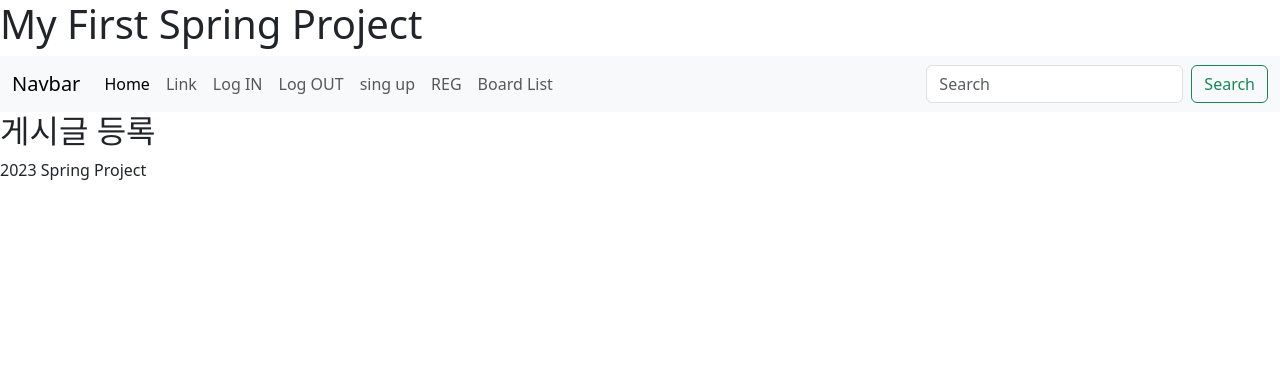
Repository: gatsby5959/_springTest
Page: http://localhost/spring-Test/WEB-INF/views/board/register.jsp
An editor plug-in stored every save of this project. The page is shown before and after the next save, followed by the edit.
The browser window is 1280 px wide. The pictures show the whole page.
The page is served by Tomcat 9. Nobody is signed in. Other server files are loaded and not shown. The template is opened directly, without the code that normally fills it, so the values that code supplies are empty.

Above is the page before, as saved 2023-10-05 07:27:11.

### spring-Test/src/main/webapp/WEB-INF/views/board/register.jsp
<%@ page language="java" contentType="text/html; charset=UTF-8" pageEncoding="UTF-8" %>
<%@ taglib uri="http://java.sun.com/jsp/jstl/core" prefix="c" %>


<!DOCTYPE html>
<html>
<head>
<meta charset="UTF-8">
<title>Insert title here</title>
</head>
<body>

<jsp:include page="../layout/header.jsp"></jsp:include>
<h2> 게시글 등록 </h2>
<!-- mapping상태는 get / post가 별도의 mapping을 가짐(탐)  다르면 다른 매핑을 탐 -->
<form action="/board/register" method="post">

</form>


<jsp:include page="../layout/footer.jsp"></jsp:include>

</body>
</html>

### spring-Test/src/main/webapp/WEB-INF/views/layout/header.jsp
<%@ page language="java" contentType="text/html; charset=UTF-8"
    pageEncoding="UTF-8"%>
<%@ taglib uri="http://java.sun.com/jsp/jstl/core" prefix="c" %>
<!DOCTYPE html>
<html>
<head>
<meta charset="UTF-8">
<link href="https://cdn.jsdelivr.net/npm/bootstrap@5.3.1/dist/css/bootstrap.min.css" rel="stylesheet" integrity="sha384-4bw+/aepP/YC94hEpVNVgiZdgIC5+VKNBQNGCHeKRQN+PtmoHDEXuppvnDJzQIu9" crossorigin="anonymous">
<script src="https://cdn.jsdelivr.net/npm/bootstrap@5.3.1/dist/js/bootstrap.bundle.min.js" integrity="sha384-HwwvtgBNo3bZJJLYd8oVXjrBZt8cqVSpeBNS5n7C8IVInixGAoxmnlMuBnhbgrkm" crossorigin="anonymous"></script>
<title>Insert title here</title>

</head>
<body>
<h1> My First Spring Project </h1>

<nav class="navbar navbar-expand-lg bg-body-tertiary">
  <div class="container-fluid">
    <a class="navbar-brand" href="#">Navbar</a>
    <button class="navbar-toggler" type="button" data-bs-toggle="collapse" data-bs-target="#navbarSupportedContent" aria-controls="navbarSupportedContent" aria-expanded="false" aria-label="Toggle navigation">
      <span class="navbar-toggler-icon"></span>
    </button>
    <div class="collapse navbar-collapse" id="navbarSupportedContent">
      <ul class="navbar-nav me-auto mb-2 mb-lg-0">
        <li class="nav-item">
          <a class="nav-link active" aria-current="page" href="#">Home</a>
        </li>
        <li class="nav-item">
          <a class="nav-link" href="#">Link</a>
        </li>
<!--         <li class="nav-item dropdown"> -->
<!--           <a class="nav-link dropdown-toggle" href="#" role="button" data-bs-toggle="dropdown" aria-expanded="false"> -->
<!--             Dropdown -->
<!--           </a> -->
<!--           <ul class="dropdown-menu"> -->
<!--             <li><a class="dropdown-item" href="#">Action</a></li> -->
<!--             <li><a class="dropdown-item" href="#">Another action</a></li> -->
<!--             <li><hr class="dropdown-divider"></li> -->
<!--             <li><a class="dropdown-item" href="#">Something else here</a></li> -->
<!--           </ul> -->
<!--         </li> -->
        <li class="nav-item">
          <a class="nav-link" href="#">Log IN</a>
        </li>
        <li class="nav-item">
          <a class="nav-link" href="#">Log OUT</a>
        </li>
        <li class="nav-item">
          <a class="nav-link" href="#">sing up</a>
        </li>
        <li class="nav-item">
          <a class="nav-link" href="/board/register">REG</a> <!-- 컨트롤러board의 register로 가라 -->
        </li>
        <li class="nav-item">
          <a class="nav-link" href="#">Board List</a>
        </li>
      </ul>
      <form class="d-flex" role="search">
        <input class="form-control me-2" type="search" placeholder="Search" aria-label="Search">
        <button class="btn btn-outline-success" type="submit">Search</button>
      </form>
    </div>
  </div>
</nav>

### spring-Test/src/main/webapp/WEB-INF/views/layout/footer.jsp
<%@ page language="java" contentType="text/html; charset=UTF-8"
    pageEncoding="UTF-8"%>

<div>
2023 Spring Project
</div>
</body>
</html>

After the next save:
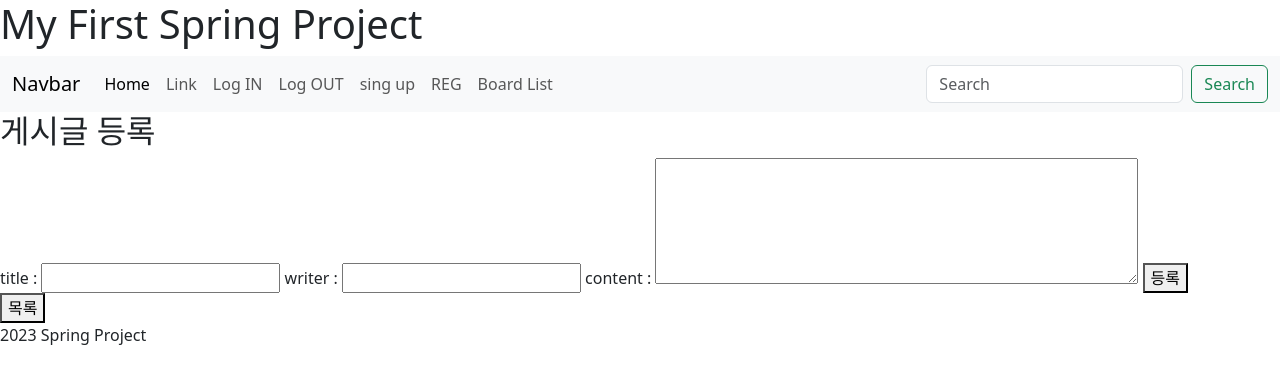
Saved 103 s later.
--- a/spring-Test/src/main/webapp/WEB-INF/views/board/register.jsp
+++ b/spring-Test/src/main/webapp/WEB-INF/views/board/register.jsp
@@ -14,8 +14,14 @@
 <h2> 게시글 등록 </h2>
 <!-- mapping상태는 get / post가 별도의 mapping을 가짐(탐)  다르면 다른 매핑을 탐 -->
 <form action="/board/register" method="post">
-
+	title : <input type="text" name="title">
+	writer : <input type="text" name="writer">
+	content : <textarea rows="5" cols="50" name = "content"></textarea>
+	<button type="submit">등록</button>
 </form>
+<a>
+	<button>목록</button>
+</a>
 
 
 <jsp:include page="../layout/footer.jsp"></jsp:include>
